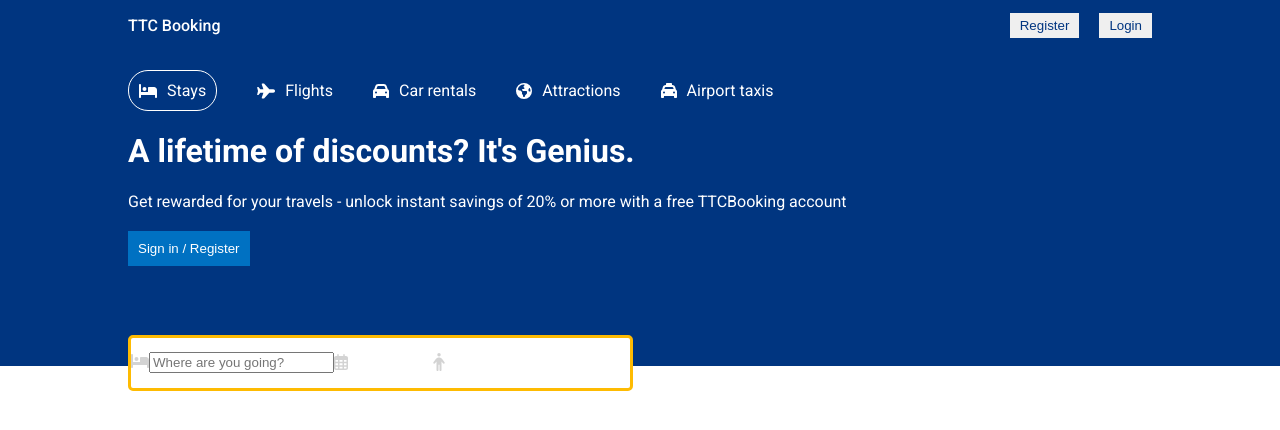
Repository: CarsonDev1/booking-app
Page: /
The author's editor kept a copy of each file at every save. The page is drawn from the files as they stood at one save, then again after the next save.
The browser window is 1280 px wide. The pictures show the whole page.
The project was rebuilt for these pictures with package versions that can differ from the ones it lists, and the page was loaded fresh each time. Also part of the build but not shown: src/pages/home/home.css, src/pages/hotel/Hotel.jsx, src/pages/list/List.jsx.

Above is the page before, as saved 2022-12-03 01:10:44.

### public/index.html
<!DOCTYPE html>
<html lang="en">

<head>
  <meta charset="utf-8" />
  <link rel="icon" href="%PUBLIC_URL%/favicon.ico" />
  <meta name="viewport" content="width=device-width, initial-scale=1" />
  <meta name="theme-color" content="#000000" />
  <meta name="description" content="Web site created using create-react-app" />
  <link rel="apple-touch-icon" href="%PUBLIC_URL%/logo192.png" />
  <!--
      manifest.json provides metadata used when your web app is installed on a
      user's mobile device or desktop. See https://developers.google.com/web/fundamentals/web-app-manifest/
    -->
  <link rel="manifest" href="%PUBLIC_URL%/manifest.json" />
  <link rel="preconnect" href="https://fonts.googleapis.com">
  <link rel="preconnect" href="https://fonts.gstatic.com" crossorigin>
  <link
    href="https://fonts.googleapis.com/css2?family=Poppins:ital,wght@0,400;0,500;0,600;0,700;0,800;1,400;1,500;1,600;1,700&family=Roboto:ital,wght@0,300;0,400;0,500;0,700;1,300;1,400;1,500;1,700&display=swap"
    rel="stylesheet">
  <!--
      Notice the use of %PUBLIC_URL% in the tags above.
      It will be replaced with the URL of the `public` folder during the build.
      Only files inside the `public` folder can be referenced from the HTML.

      Unlike "/favicon.ico" or "favicon.ico", "%PUBLIC_URL%/favicon.ico" will
      work correctly both with client-side routing and a non-root public URL.
      Learn how to configure a non-root public URL by running `npm run build`.
    -->
  <title>React App</title>
</head>

<body>
  <noscript>You need to enable JavaScript to run this app.</noscript>
  <div id="root"></div>
  <!--
      This HTML file is a template.
      If you open it directly in the browser, you will see an empty page.

      You can add webfonts, meta tags, or analytics to this file.
      The build step will place the bundled scripts into the <body> tag.

      To begin the development, run `npm start` or `yarn start`.
      To create a production bundle, use `npm run build` or `yarn build`.
    -->
</body>

</html>

### src/index.css
body {
	margin: 0;
	padding: 0;
	box-sizing: border-box;
	font-family: "Roboto", sans-serif;
}

### src/App.js
import { BrowserRouter, Routes, Route } from "react-router-dom";
import Home from "./pages/home/Home";
import Hotel from "./pages/hotel/Hotel";
import List from "./pages/list/List";
function App() {
	return (
		<BrowserRouter>
			<Routes>
				<Route path="/" element={<Home />} />
				<Route path="/hotels" element={<List />} />
				<Route path="/hotels/:id" element={<Hotel />} />
			</Routes>
		</BrowserRouter>
	);
}

export default App;

### src/pages/home/Home.jsx
import Header from "../../components/header/Header";
import Navbar from "../../components/navbar/Navbar";
import "./home.css";

const Home = () => {
	return (
		<div>
			<Navbar />
			<Header />
		</div>
	);
};

export default Home;

### src/components/header/Header.jsx
import { faCalendarDays } from "@fortawesome/free-regular-svg-icons";
import {
	faBed,
	faCar,
	faEarth,
	faMountain,
	faPerson,
	faPlane,
	faTaxi,
} from "@fortawesome/free-solid-svg-icons";
import { FontAwesomeIcon } from "@fortawesome/react-fontawesome";
import "./header.css";

const Header = () => {
	return (
		<div className="header">
			<div className="headerContainer">
				<div className="headerList">
					<div className="headerListItem active">
						<FontAwesomeIcon icon={faBed} />
						<span>Stays</span>
					</div>
					<div className="headerListItem">
						<FontAwesomeIcon icon={faPlane} />
						<span>Flights</span>
					</div>
					<div className="headerListItem">
						<FontAwesomeIcon icon={faCar} />
						<span>Car rentals</span>
					</div>
					<div className="headerListItem">
						<FontAwesomeIcon icon={faEarth} />
						<span>Attractions</span>
					</div>
					<div className="headerListItem">
						<FontAwesomeIcon icon={faTaxi} />
						<span>Airport taxis</span>
					</div>
				</div>
				<h1 className="headerTitle">
					A lifetime of discounts? It's Genius.
				</h1>
				<p className="headerDesc">
					Get rewarded for your travels - unlock instant savings of
					20% or more with a free TTCBooking account
				</p>
				<button className="headerBtn">Sign in / Register</button>
				<div className="headerSearch">
					<div className="headerSearchItem">
						<FontAwesomeIcon icon={faBed} className="headerIcon" />
						<input
							type="text"
							placeholder="Where are you going?"
							className="headerSearchInput"
						/>
					</div>
					<div className="headerSearchItem">
						<FontAwesomeIcon
							icon={faCalendarDays}
							className="headerIcon"
						/>
						<span className="headerSearchText">date to date</span>
					</div>
					<div className="headerSearchItem">
						<FontAwesomeIcon
							icon={faPerson}
							className="headerIcon"
						/>
						<span className="headerSearchText">
							2 adults 2 children 1 room
						</span>
					</div>
				</div>
			</div>
		</div>
	);
};

export default Header;

### src/components/navbar/Navbar.jsx
import "./navbar.css";

const NavBar = () => {
	return (
		<div className="navbar">
			<div className="navContainer">
				<span className="logo">TTC Booking</span>
				<div className="navItems">
					<button className="navButton">Register</button>
					<button className="navButton">Login</button>
				</div>
			</div>
		</div>
	);
};

export default NavBar;

### src/components/header/header.css
.header {
	background-color: #003580;
	color: white;
	display: flex;
	justify-content: center;
	position: relative;
}
.headerContainer {
	width: 100%;
	max-width: 1024px;
	margin: 20px 0px 100px 0px;
}
.headerList {
	display: flex;
	gap: 40px;
}
.headerListItem {
	display: flex;
	align-items: center;
	gap: 10px;
}
.headerListItem.active {
	border: 1px solid white;
	padding: 10px;
	border-radius: 20px;
}
.headerDesc {
	margin: 20px 0px;
}
.headerBtn {
	background-color: #0071c2;
	color: white;
	font-weight: 500;
	border: none;
	padding: 10px;
	cursor: pointer;
}
.headerSearch {
	height: 30px;
	background-color: white;
	border: 3px solid #febb02;
	display: flex;
	align-items: center;
	justify-content: space-around;
	padding: 10px 0px;
	border-radius: 5px;
	position: absolute;
	bottom: -25px;
}
.headerIcon {
	color: lightgray;
}

### src/components/navbar/navbar.css
.navbar {
	height: 50px;
	background-color: #003580;
	display: flex;
	justify-content: center;
}
.navContainer {
	width: 100%;
	max-width: 1024px;
	color: white;
	display: flex;
	align-items: center;
	justify-content: space-between;
}
.logo {
	font-weight: 500;
}
.navButton {
	margin-left: 20px;
	border: none;
	padding: 5px 10px;
	cursor: pointer;
	color: #003580;
}

Loaded but not shown: src/index.js (common file)

After the next save:
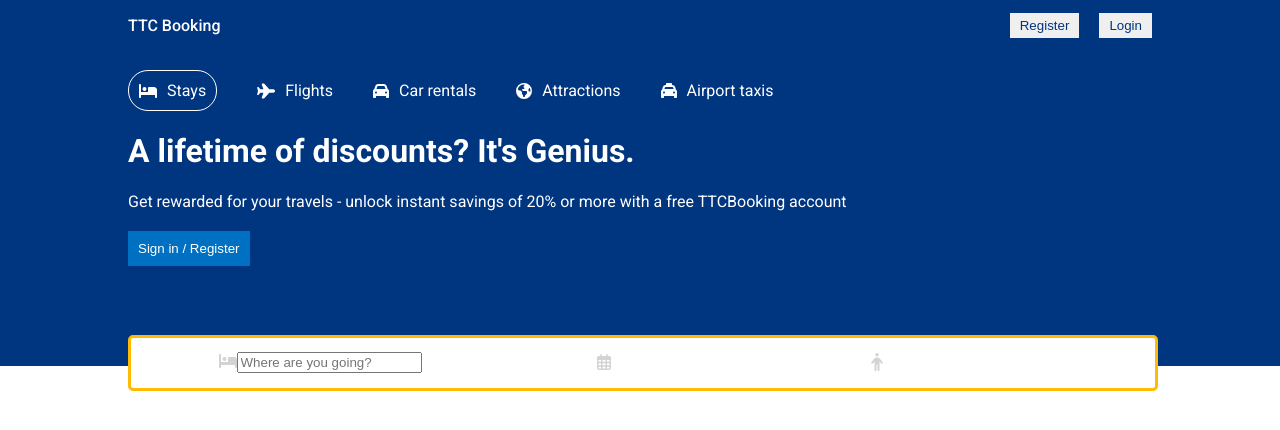
Saved 31 s later.
--- a/src/components/header/header.css
+++ b/src/components/header/header.css
@@ -46,6 +46,8 @@
 	border-radius: 5px;
 	position: absolute;
 	bottom: -25px;
+	width: 100%;
+	max-width: 1024px;
 }
 .headerIcon {
 	color: lightgray;
